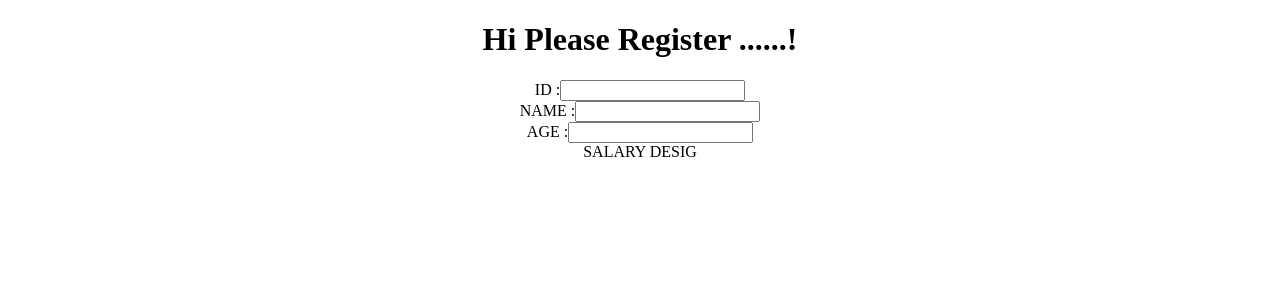
Repository: Thaneshwara848/E-Y
Page: Jdbc-Servlet-Jsp/Webemo5/src/main/webapp/Register.html
The author's editor kept a copy of each file at every save. The page is drawn from the files as they stood at one save, then again after the next save.
The browser window is 1280 px wide. The pictures show the whole page.

Above is the page before, as saved 2023-05-22 04:39:41.

After the next save:
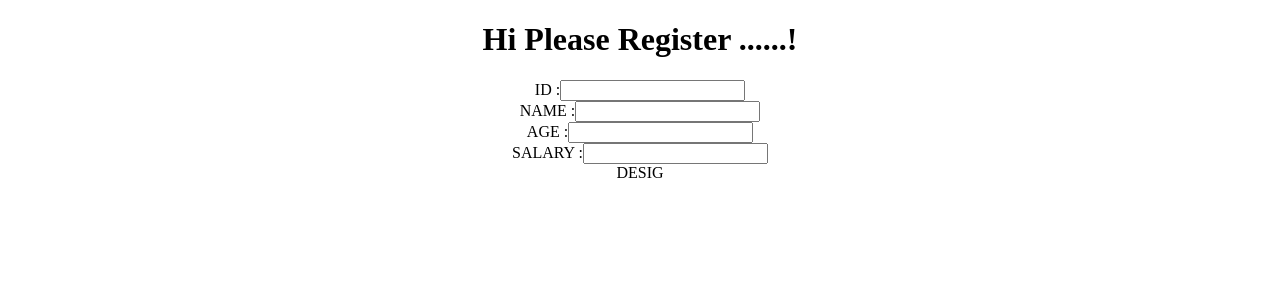
Saved 7 s later.
--- a/Jdbc-Servlet-Jsp/Webemo5/src/main/webapp/Register.html
+++ b/Jdbc-Servlet-Jsp/Webemo5/src/main/webapp/Register.html
@@ -12,7 +12,7 @@
 		ID 	:<input type="text"  name="uid"><br>
 		NAME :<input type="text"  name="uname"><br>
 		AGE   :<input type="text"  name="uage"><br>
-		SALARY
+		SALARY :<input type="text"  name="usalary"><br>
 		DESIG
 
 
